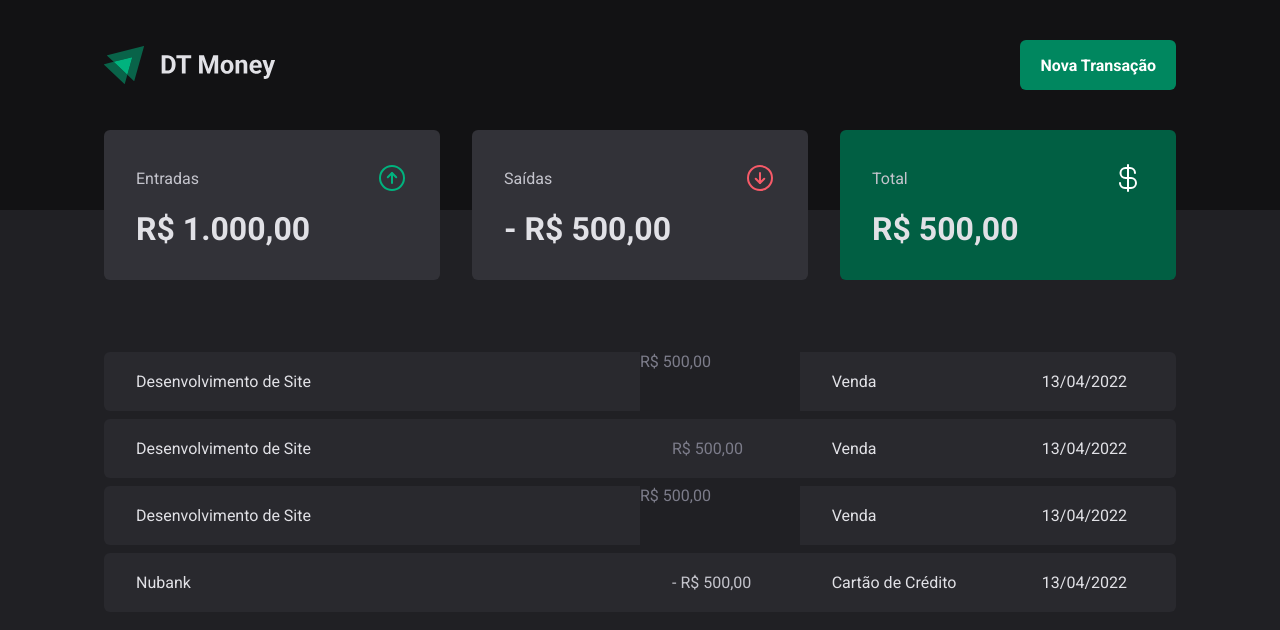
Repository: guilhermecardoso93/dtmoney-reactjs-ignite
Page: /
An editor plug-in stored every save of this project. The page is shown before and after the next save, followed by the edit.
The browser window is 1280 px wide. The pictures show the whole page.
The project was rebuilt for these pictures with package versions that can differ from the ones it lists, and the page was loaded fresh each time. Also part of the build but not shown: vite.config.ts.

Above is the page before, as saved 2022-08-15 21:34:16.

After the next save:
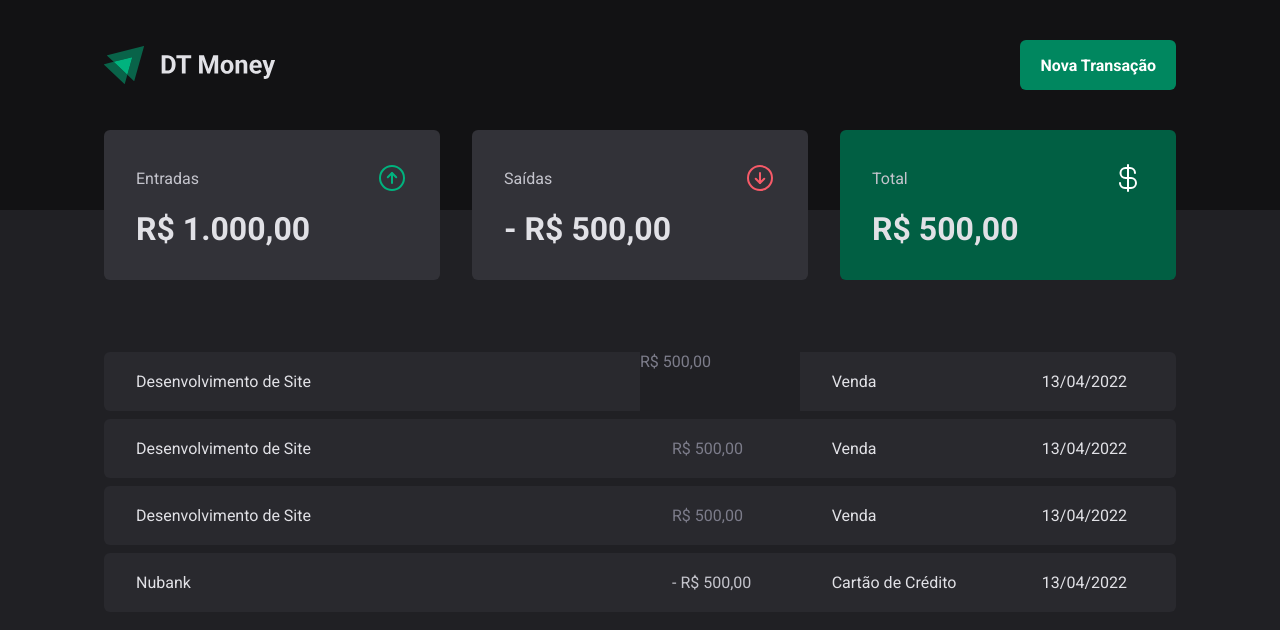
Saved 19 s later.
--- a/src/pages/Transactions/index.tsx
+++ b/src/pages/Transactions/index.tsx
@@ -26,7 +26,9 @@ export function Transactions() {
             </tr>
             <tr>
               <td width="50%">Desenvolvimento de Site</td>
-              <PriceHighLight variant="income">R$ 500,00</PriceHighLight>
+              <td>
+                <PriceHighLight variant="income">R$ 500,00</PriceHighLight>
+              </td>
               <td>Venda</td>
               <td>13/04/2022</td>
             </tr>
